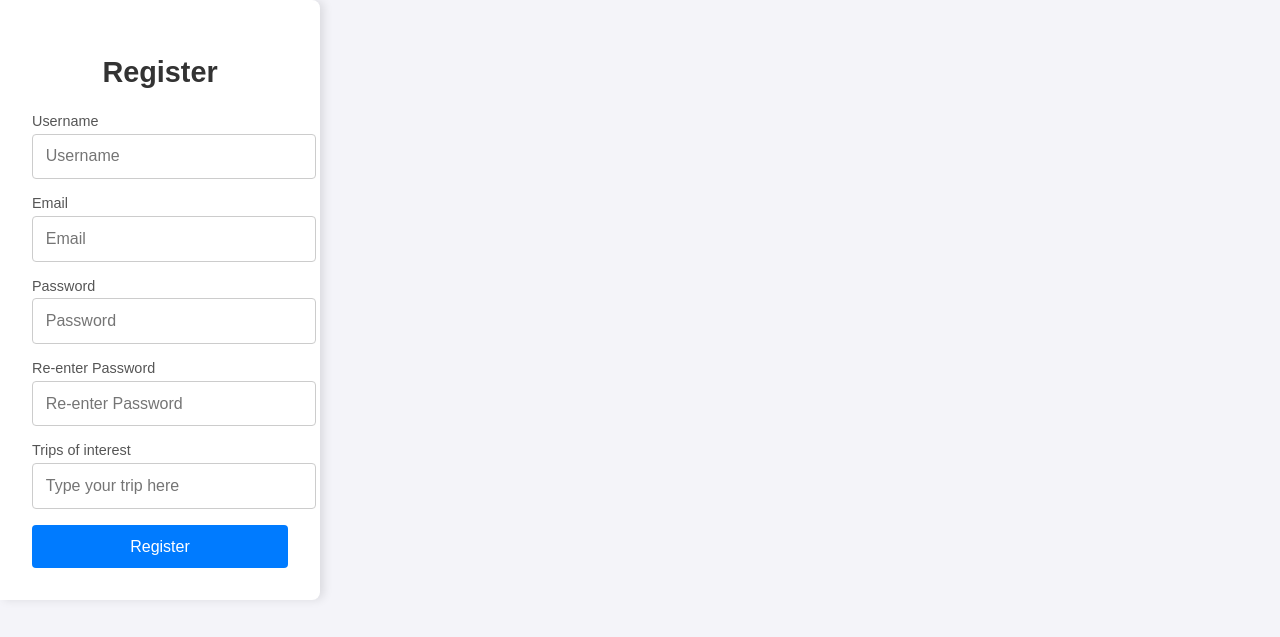
Repository: Nuttawut-Amattong/outtrip
Page: /register (app in OutTrip/)
The author's editor kept a copy of each file at every save. The page is drawn from the files as they stood at one save, then again after the next save.
The browser window is 1280 px wide. The pictures show the whole page.
The project was rebuilt for these pictures with package versions that can differ from the ones it lists, and the page was loaded fresh each time. Also part of the build but not shown: OutTrip/vite.config.js, OutTrip/src/pages/Login.jsx, OutTrip/src/pages/Forgetpass.jsx.

Above is the page before, as saved 2025-05-19 00:50:29.

After the next save:
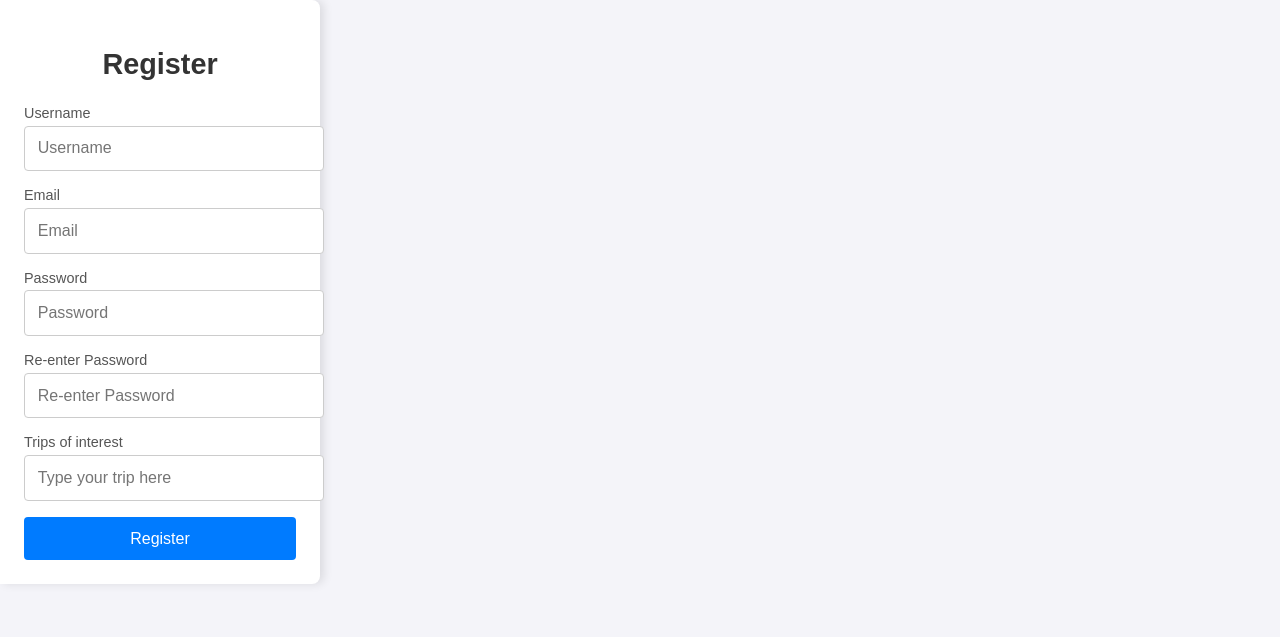
Saved 34 s later.
--- a/OutTrip/src/CSS/register.css
+++ b/OutTrip/src/CSS/register.css
@@ -8,7 +8,7 @@
 
 .register-container {
     background-color: #ffffff;
-    padding: 2rem;
+    padding: 1.5rem;
     border-radius: 0 8px 8px 0;
     box-shadow: 4px 0 10px rgba(0, 0, 0, 0.1);
     width: 100%;

After the save that followed:
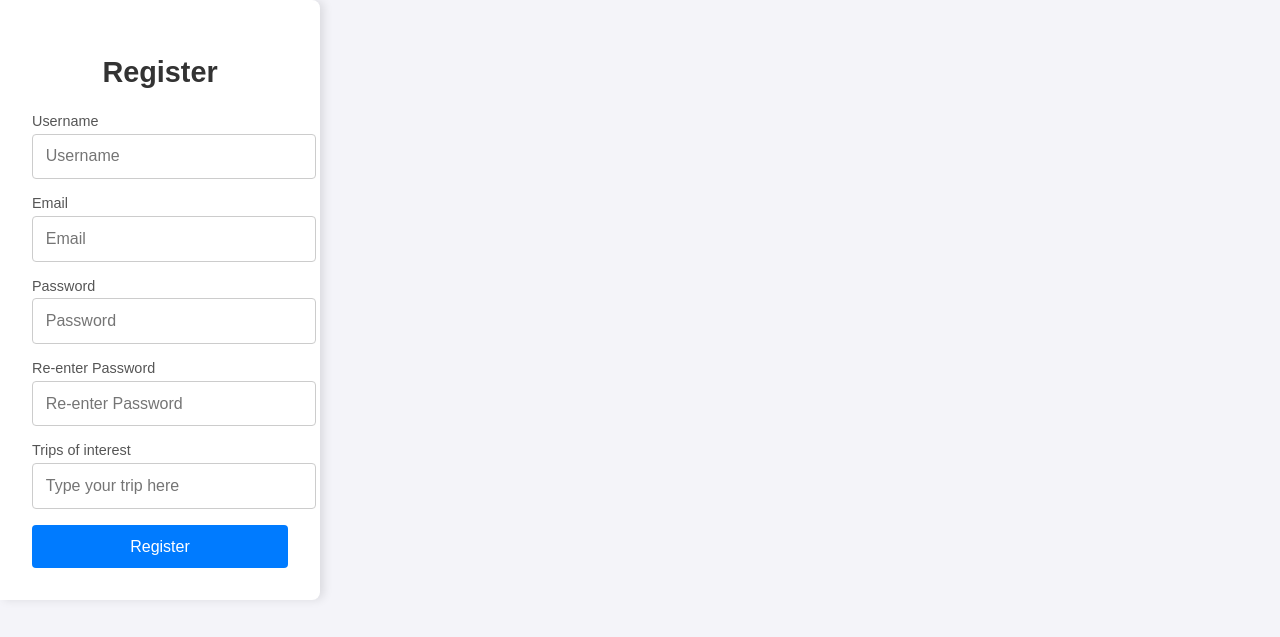
Saved 4 s later.
--- a/OutTrip/src/CSS/register.css
+++ b/OutTrip/src/CSS/register.css
@@ -8,7 +8,7 @@
 
 .register-container {
     background-color: #ffffff;
-    padding: 1.5rem;
+    padding: 2rem;
     border-radius: 0 8px 8px 0;
     box-shadow: 4px 0 10px rgba(0, 0, 0, 0.1);
     width: 100%;
